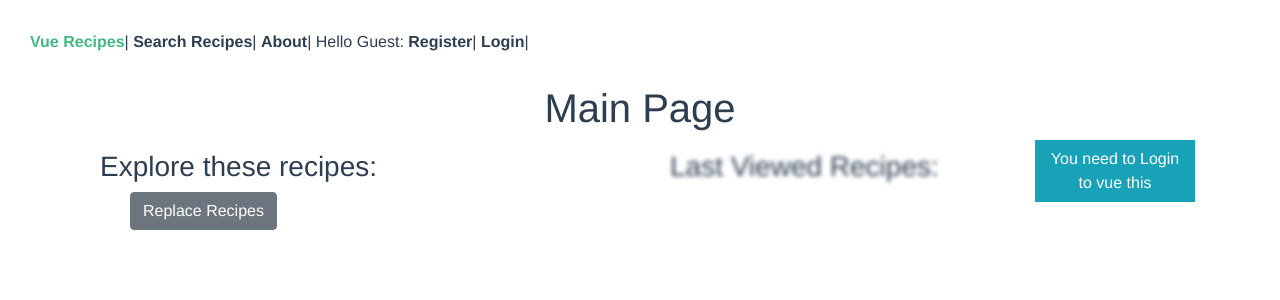
Repository: chenshor/cooking-site
Page: /#/
The author's editor kept a copy of each file at every save. The page is drawn from the files as they stood at one save, then again after the next save.
The browser window is 1280 px wide. The pictures show the whole page.
The page's requests for data from a server got no answer. The project was rebuilt for these pictures with package versions that can differ from the ones it lists, and the page was loaded fresh each time. No one was signed in, and anything a server would have sent is missing. Also part of the build but not shown: vue.config.js, src/components/Indication.vue, src/components/RecipePreview.vue, src/pages/NotFoundPage.vue, src/components/IngredientSpoon.vue, src/components/Favorite.vue, src/pages/RecipePage.vue, src/assets/countries.js and 8 more.

Above is the page before, as saved 2020-06-22 21:06:39.

After the next save:
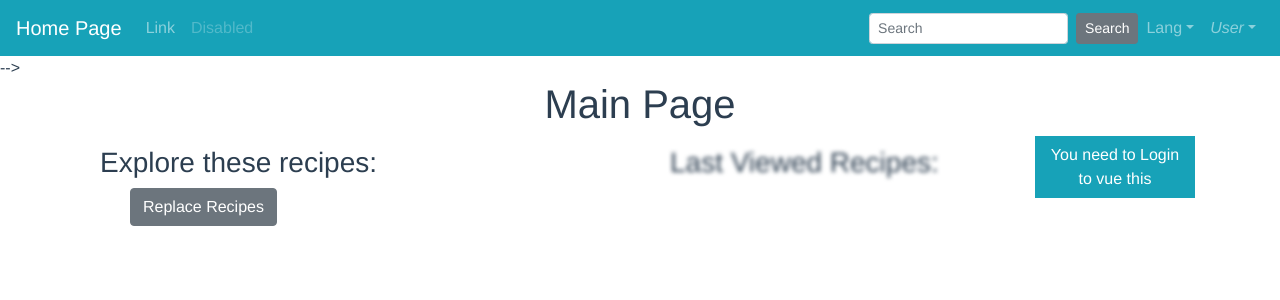
Saved 3 min 50 s later.
--- a/src/App.vue
+++ b/src/App.vue
@@ -1,5 +1,43 @@
 <template>
   <div id="app">
+    <b-navbar toggleable="lg" type="dark" variant="info">
+      <b-navbar-brand to="/">Home Page</b-navbar-brand>
+
+      <b-navbar-toggle target="nav-collapse"></b-navbar-toggle>
+
+      <b-collapse id="nav-collapse" is-nav>
+        <b-navbar-nav>
+          <b-nav-item href="#">Link</b-nav-item>
+          <b-nav-item href="#" disabled>Disabled</b-nav-item>
+        </b-navbar-nav>
+
+        <!-- Right aligned nav items -->
+        <b-navbar-nav class="ml-auto">
+          <b-nav-form>
+            <b-form-input size="sm" class="mr-sm-2" placeholder="Search"></b-form-input>
+            <b-button size="sm" class="my-2 my-sm-0" type="submit">Search</b-button>
+          </b-nav-form>
+
+          <b-nav-item-dropdown text="Lang" right>
+            <b-dropdown-item href="#">EN</b-dropdown-item>
+            <b-dropdown-item href="#">ES</b-dropdown-item>
+            <b-dropdown-item href="#">RU</b-dropdown-item>
+            <b-dropdown-item href="#">FA</b-dropdown-item>
+          </b-nav-item-dropdown>
+
+          <b-nav-item-dropdown right>
+            <!-- Using 'button-content' slot -->
+            <template v-slot:button-content>
+              <em>User</em>
+            </template>
+            <b-dropdown-item href="#">Profile</b-dropdown-item>
+            <b-dropdown-item href="#">Sign Out</b-dropdown-item>
+          </b-nav-item-dropdown>
+        </b-navbar-nav>
+      </b-collapse>
+    </b-navbar>
+
+    <!--
     <div id="nav">
       <router-link to="/">Vue Recipes</router-link>|
       <router-link to="/search">Search Recipes</router-link>|
@@ -11,17 +49,18 @@
       </span>
       <span v-else>
         {{ $root.store.username }}:
-        <b-nav-item-dropdown text="Personal">
+        <b-nav-item-dropdown text="Personal" >
           <b-dropdown-item to="/FamilyList">Family Recipes</b-dropdown-item>
           <b-dropdown-item to="/myRecipes">My Recipes</b-dropdown-item>
           <b-dropdown-item to="/favorite">My Favorite</b-dropdown-item>
         </b-nav-item-dropdown>
         <!-- <router-link to="/FamilyList">Family Recipes</router-link>|
         <router-link to="/myRecipes">My Recipes</router-link>|
-        <router-link to="/favorite">My Favorite</router-link>-->
-        <button @click="Logout">Logout</button>|
+    <router-link to="/favorite">My Favorite</router-link>-->
+    <!-- <button @click="Logout">Logout</button>|
       </span>
-    </div>
+    </div>-->
+    -->
     <router-view />
   </div>
 </template>
